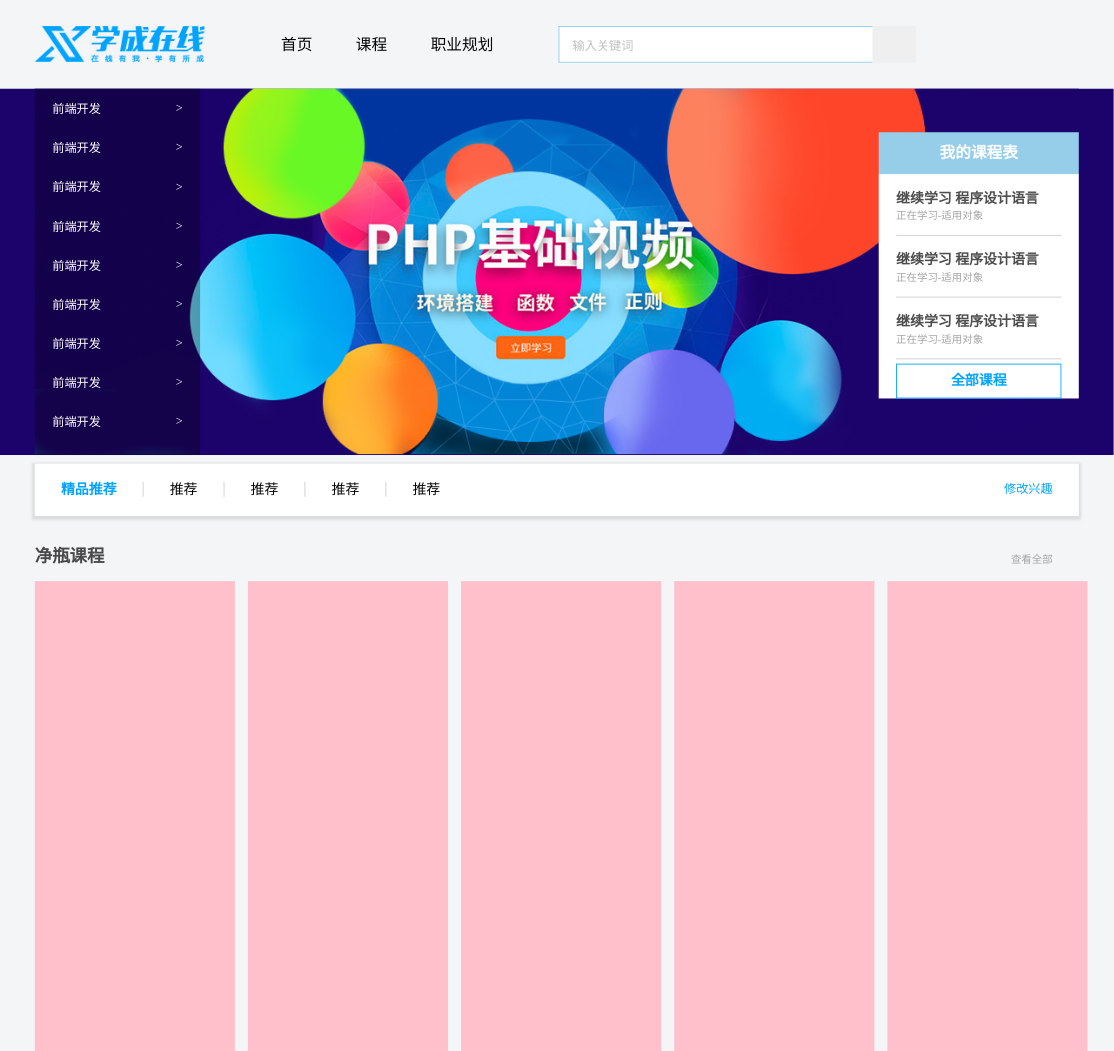
Repository: R1Deemo/Web-Project
Page: index..html
The author's editor kept a copy of each file at every save. The page is drawn from the files as they stood at one save, then again after the next save.
The browser window is 1280 px wide. The pictures show the whole page, at 87% of full size.

Above is the page before, as saved 2022-03-09 19:23:05.

After the next save:
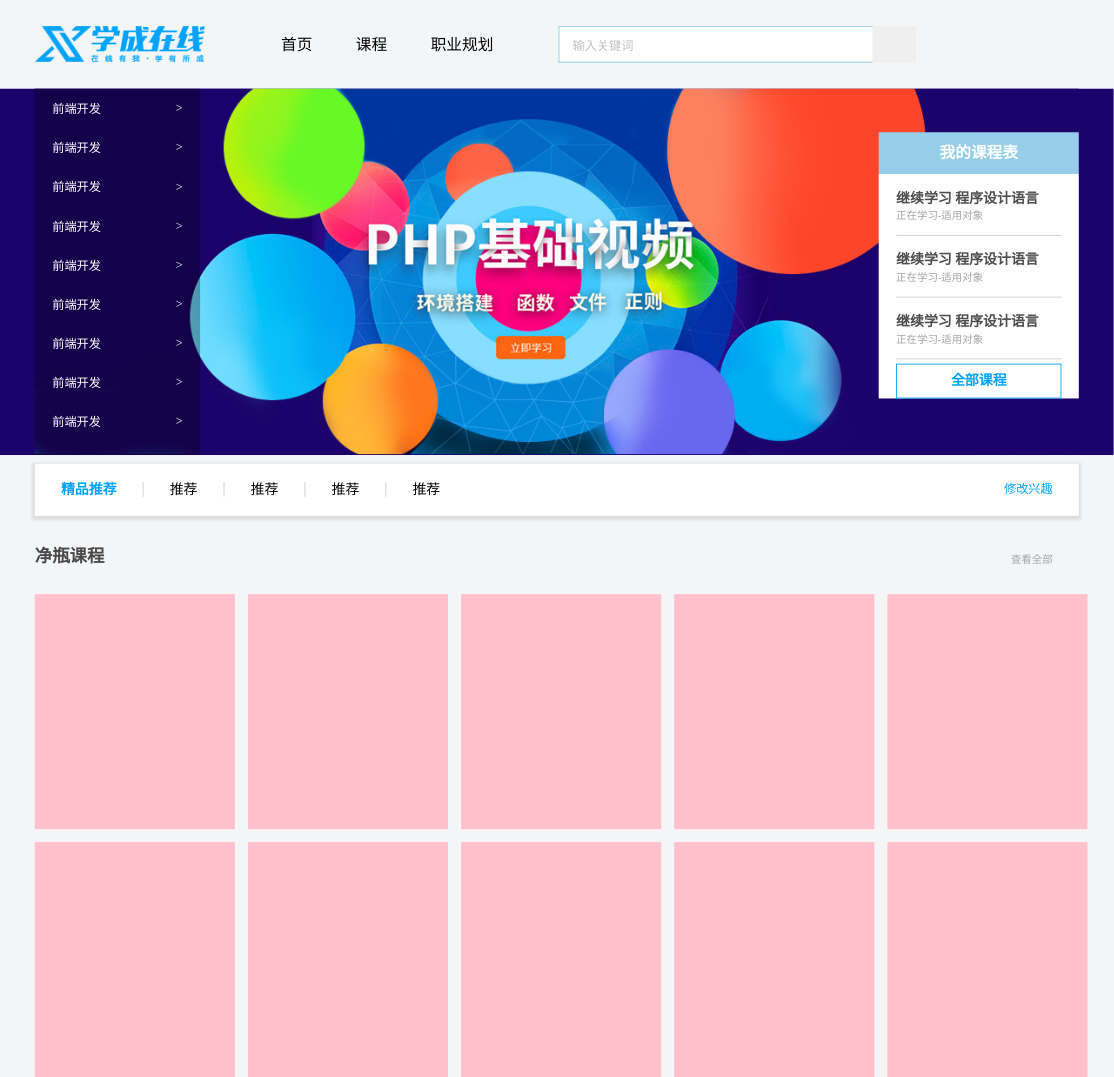
Saved 15 s later.
--- a/style.css
+++ b/style.css
@@ -236,5 +236,5 @@
     height: 270px;
     background-color: pink;
     margin-right: 15px;
-    margin-top: ;
-}
+    margin-top: 15px;
+}
